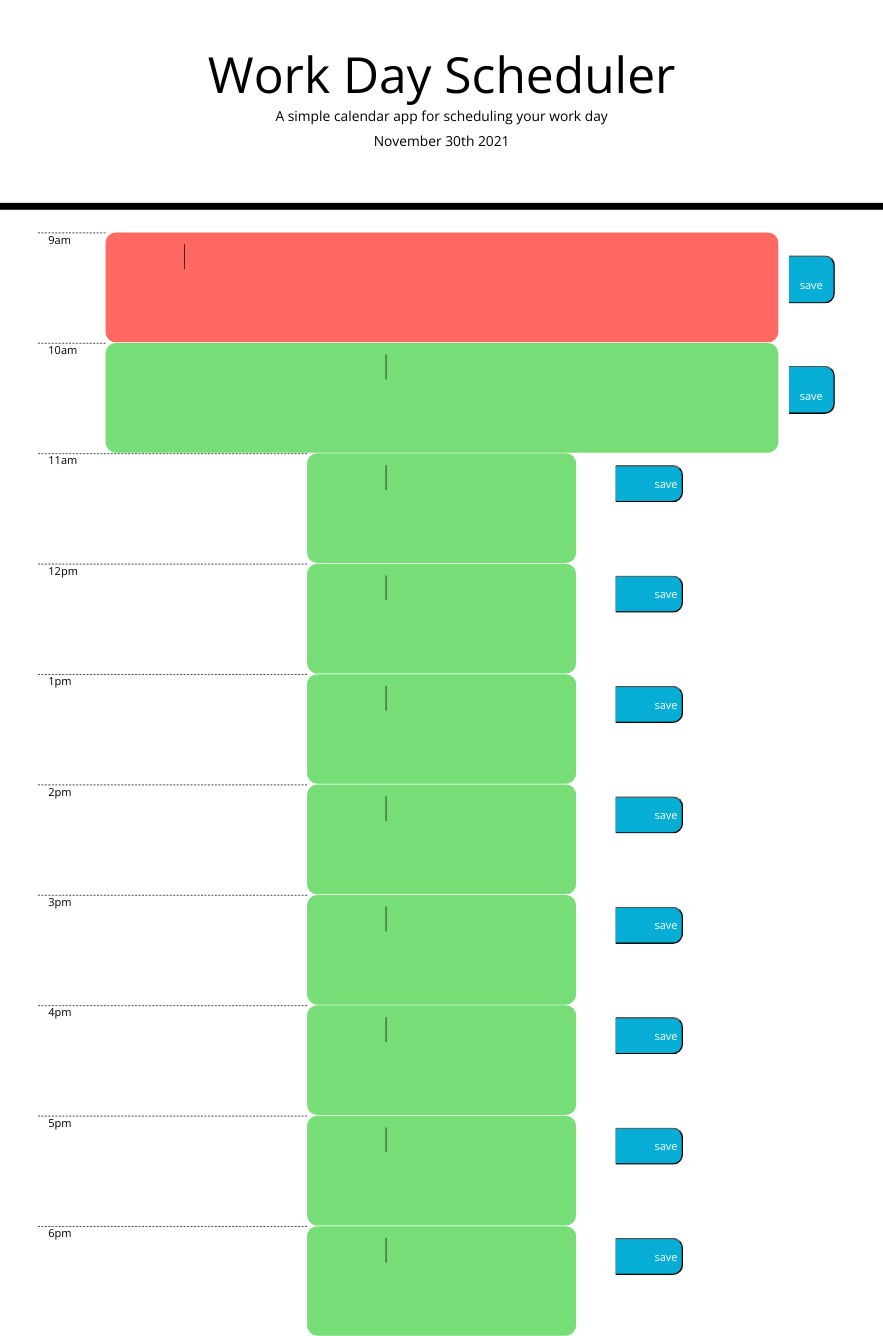
Repository: Naomilounsbury/work-day-scheduler
Page: index.html
These files come from the project's save history. The page is drawn as it stood at one moment and after the next save; the edit follows.
The browser window is 1280 px wide. The pictures show the whole page, at 69% of full size.
Some web libraries are served in a nearby version.

Above is the page before, as saved 2021-12-05 16:59:11.

After the next save:
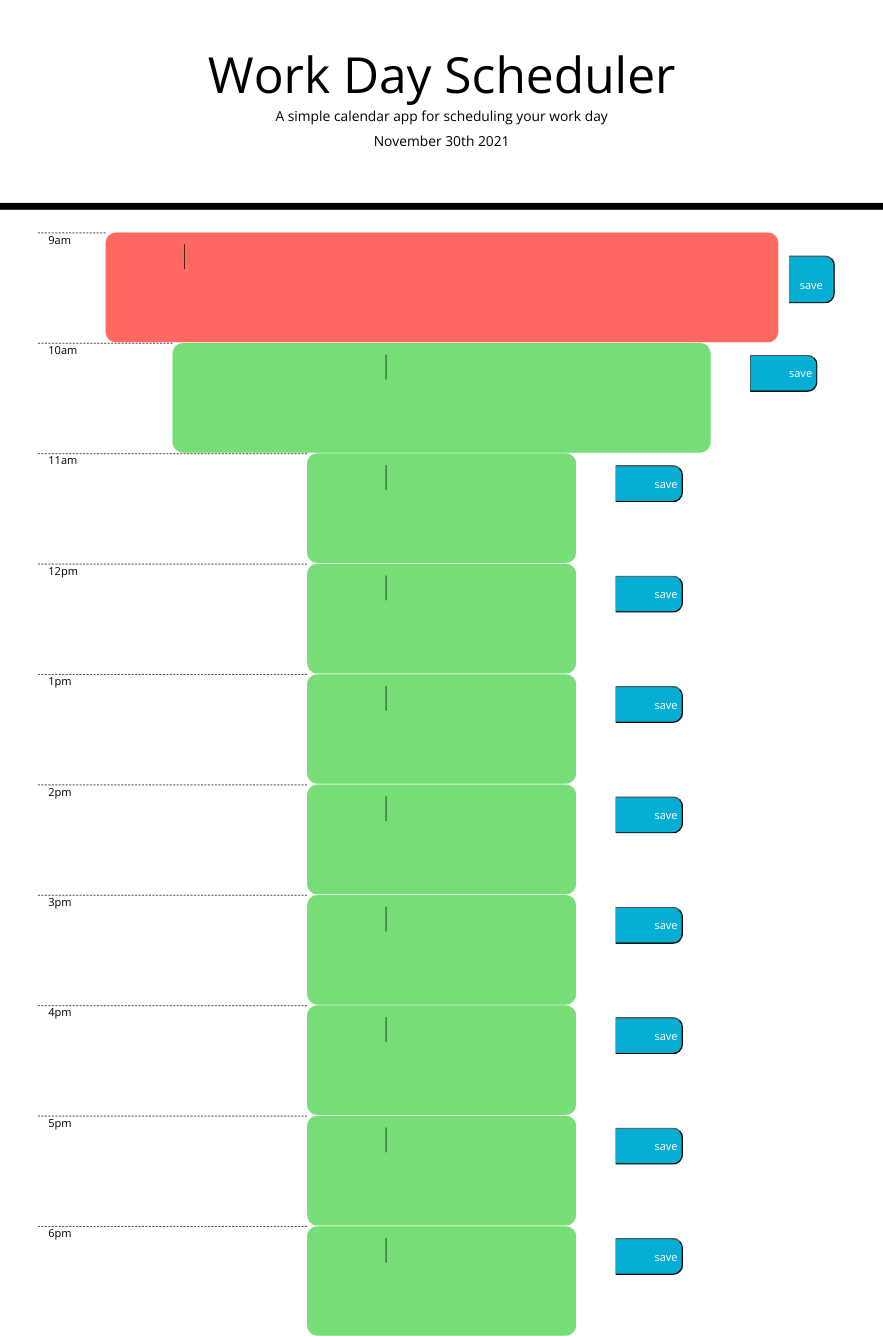
Saved 2 min 43 s later.
--- a/index.html
+++ b/index.html
@@ -28,19 +28,19 @@
           <textarea id="btn9" class="col-sm-8 col-md-8 col-lg-10" rows="2" cols="50">
           </textarea>
         </td>
-        <td class="col-sm-2 col-lg-1">
+        <td class="col-sm-2 col-md-2 col-lg-1">
           <button class="saveBtn" value="9">
             save
           </button>
         </td>
       </tr>
       <tr class="row">
-        <td class="hour col-lg-1">10am</td>
-        <td class="time-block col-lg-10" id="10">
+        <td class="hour col-2">10am</td>
+        <td class="time-block col-8" id="10">
           <textarea id="btn10">
             </textarea>
         </td>
-        <td class="col-lg-1">
+        <td class="col-2">
           <button class="saveBtn" value="10">
             save
           </button>

After the save that followed:
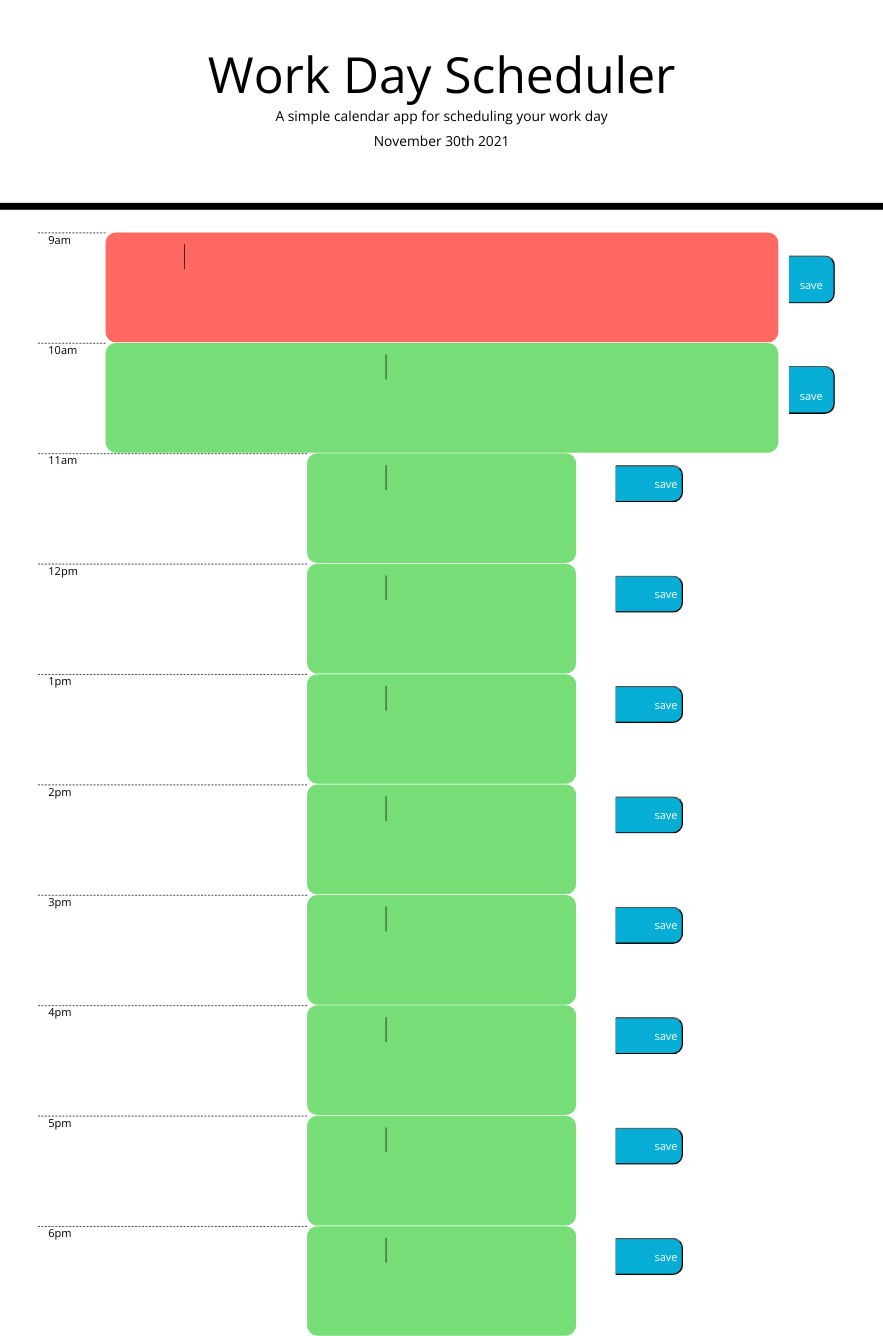
Saved 51 s later.
--- a/index.html
+++ b/index.html
@@ -35,12 +35,12 @@
         </td>
       </tr>
       <tr class="row">
-        <td class="hour col-2">10am</td>
-        <td class="time-block col-8" id="10">
+        <td class="hour col-1">10am</td>
+        <td class="time-block col-10" id="10">
           <textarea id="btn10">
             </textarea>
         </td>
-        <td class="col-2">
+        <td class="col-1">
           <button class="saveBtn" value="10">
             save
           </button>
